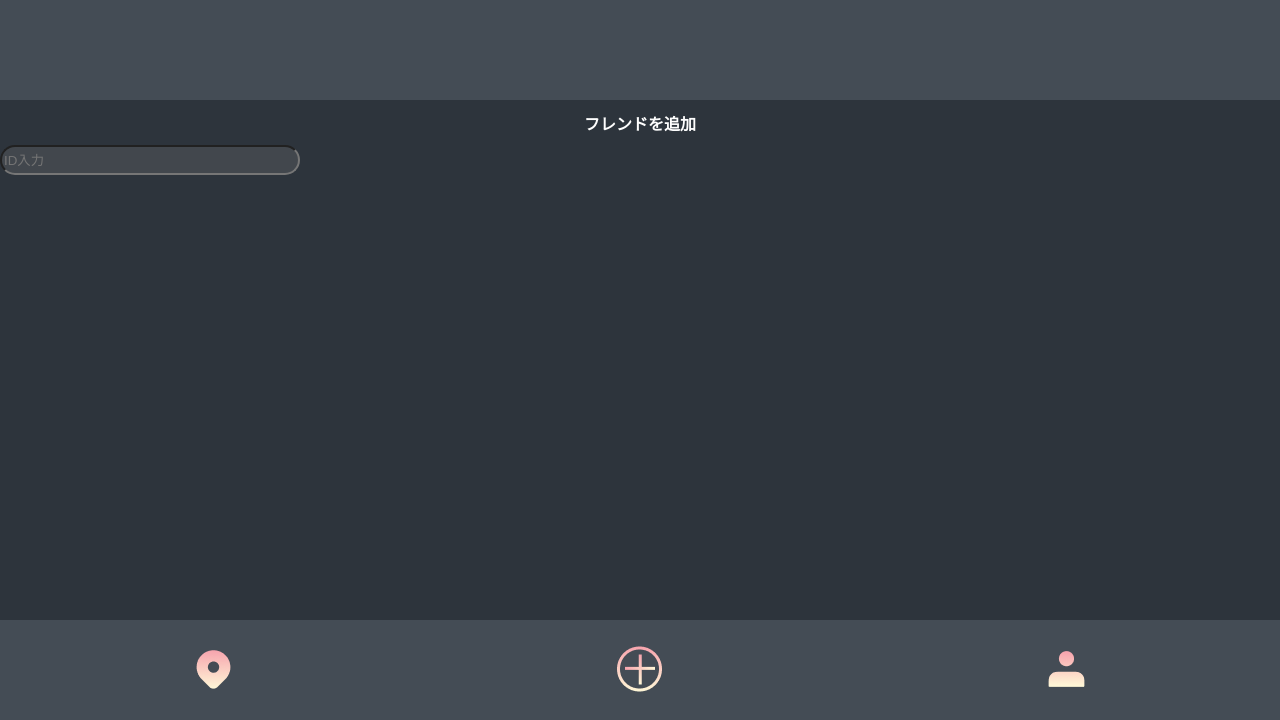
Repository: ren0714poo/respos
Page: addition.html
These files come from the project's save history. The page is drawn as it stood at one moment and after the next save; the edit follows.
The browser window is 1280 px wide. The pictures show the whole page.

Above is the page before, as saved 2025-07-17 14:38:30.

### addition.html
<!DOCTYPE html>
<html lang="ja">
<head>
  <meta charset="UTF-8">
  <meta name="viewport" content="width=device-width, initial-scale=1.0">
  <title>respos_addition</title>
  <link rel="stylesheet" href="css/addition.css">
</head>
<body>
  <header>
  </header>

  <main>
    <div class="addition">
      <h1>フレンドを追加</h1>
      <input type="search" placeholder="ID入力">
    </div>
  </main>

  <footer>
    <button type="button" id="pin" onclick="location.href='top.html'"><img src="img/tabler_map-pin-filled.png" alt="ピン"></button>
    <button type="button"><img src="img/post.png" alt="投稿"></button>
    <button type="button" id="profile" onclick="location.href='profile.html'"><img src="img/icon-park-solid_people.png" alt="プロフィール"></button>
  </footer>

</body>
</html>

### css/addition.css
@media screen and (max-width:480px){


}

html, body {
  color: white;
  background: #2D343C;
  height: 100%;
  margin: 0;
  padding: 0;
  display: grid;
  grid-template-rows: 100px calc(100vh - 200px) 100px;
  grid-template-areas:
  "header"
  "main"
  "footer"
  ;
}



header{
  width: 100%;
  height: 100px;
  background: #444C55;
  display: flex;
  grid-area: header;
}




main{
  grid-area: main;
}

.addition h1{
  color: #fefefe;
  font-size: 16px;
  text-align: center;
}

.addition input{
  display: block;
  justify-content: center;
  width: 300px;
  height: 30px;
  background: rgba(152, 147, 147, 0.2);
  border-radius: 20px;
}








footer {
  background: #444C55;
  display: flex;
  justify-content: space-around;
  align-items: center;
}

footer button {
  background: transparent;
  border: none;
}

After the next save:
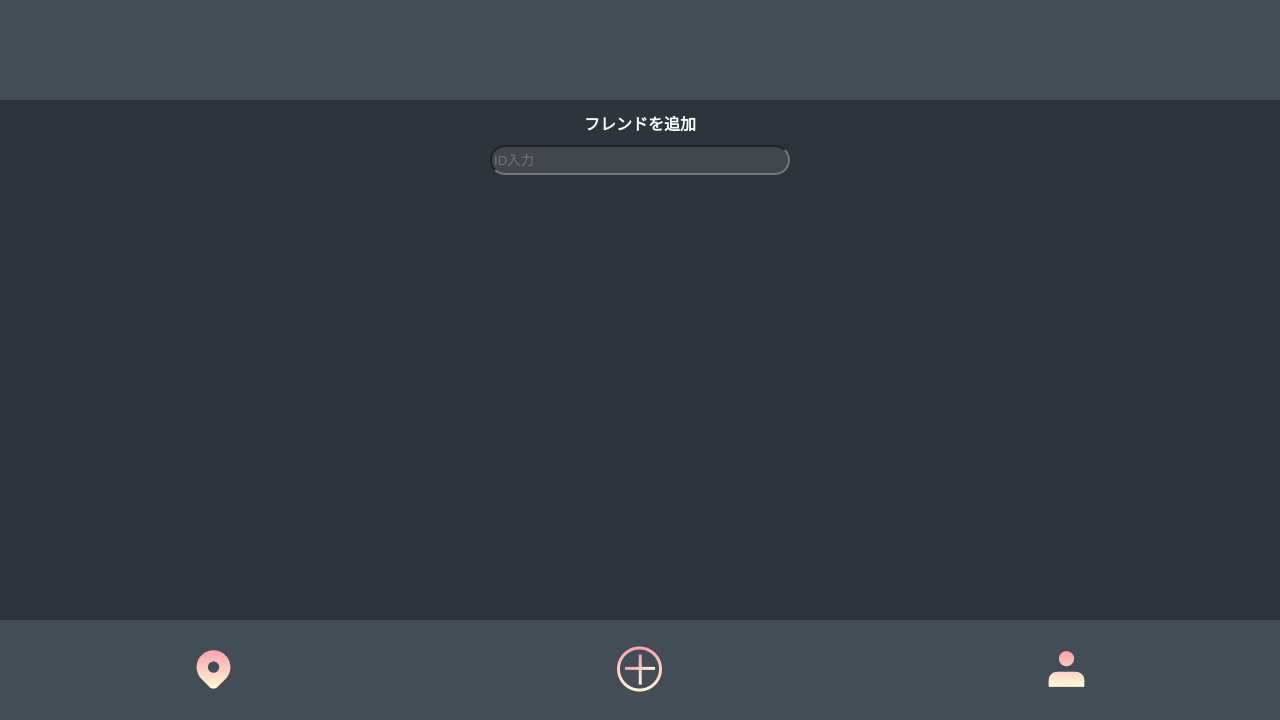
Saved 90 s later.
--- a/css/addition.css
+++ b/css/addition.css
@@ -35,6 +35,13 @@ main{
   grid-area: main;
 }
 
+.addition{
+    display: flex;
+  flex-direction: column;
+  align-items: center;
+  justify-content: center;
+}
+
 .addition h1{
   color: #fefefe;
   font-size: 16px;
